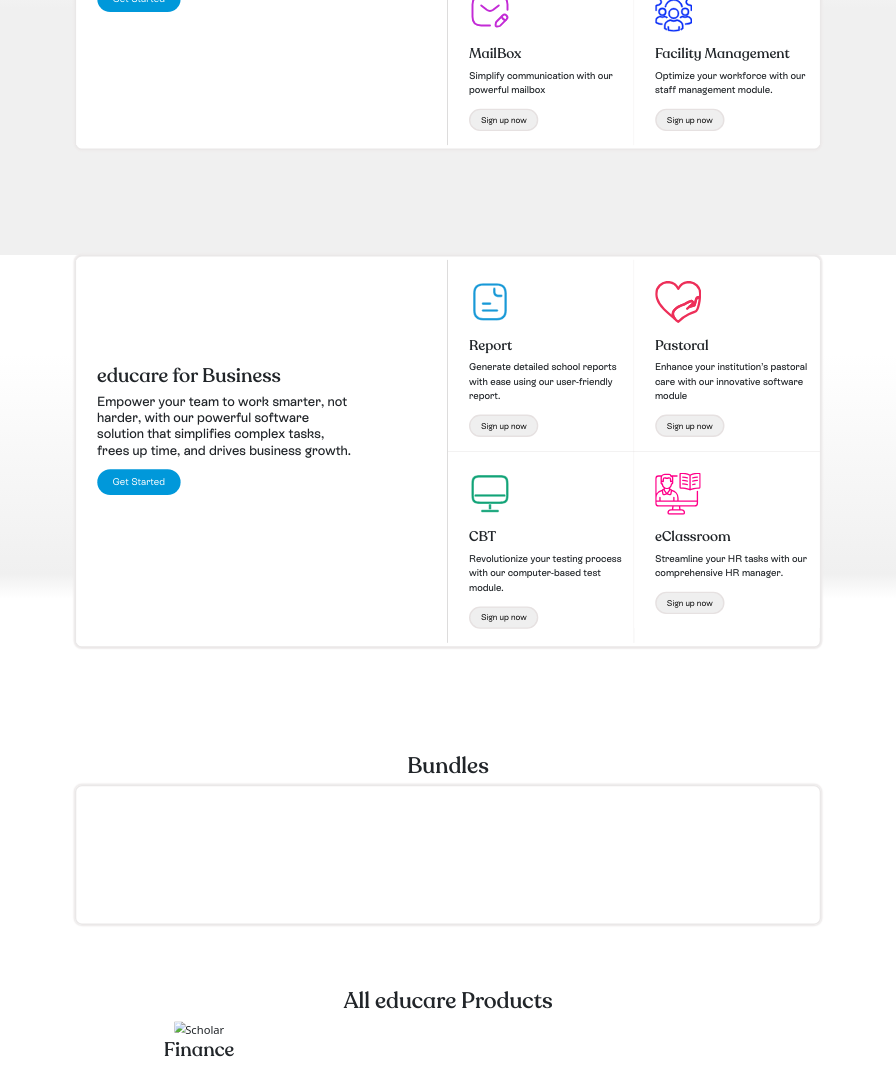
Repository: sarahnnanyelugo/educare-web
Page: /
These files come from the project's save history. The page is drawn as it stood at one moment and after the next save; the edit follows.
The browser window is 1280 px wide. The pictures show the part of the page from y = 1525 to 3445 px (the page is 3059 px tall before and 3445 px after), at 70% of full size.
The project was rebuilt for these pictures with package versions that can differ from the ones it lists, and the page was loaded fresh each time.

Above is the page before, as saved 2023-04-05 10:08:32.

### src/App.jsx
import React from "react";
import logo from "./logo.svg";
import "./App.scss";
import "bootstrap/dist/css/bootstrap.min.css";
import { BrowserRouter, Routes, Route, Link, Outlet } from "react-router-dom";
import NavBar from "./components/NavBar/NavBar";
import { Home } from "./pages/Home/Home";

function App() {
  return (
    <>
      {" "}
      <NavBar />
      <Routes>
        <Route path="/" element={<Home />} />
      </Routes>
    </>
  );
}

export default App;

### src/App.scss
@font-face {
  font-family: rebondG;
  src: url(./assets/fonts/Rebond_font/RebondG.otf);
}
@font-face {
  font-family: rebondG-Bold;
  src: url(./assets/fonts/Rebond_font/RebondG-Bold.otf);
}
@font-face {
  font-family: rebondG-Medium;
  src: url(./assets/fonts/Rebond_font/RebondGrotesqueMedium.otf);
}

@font-face {
  font-family: recoMedium;
  src: url(./assets/fonts/Recoleto-font/RecoletaAlt-Medium.ttf);
}

h1,
h2,
h3,
h4,
h5,
h6 {
  font-family: recoMedium;
}
p {
  font-family: rebondG-Medium;
}
@media screen and (min-width: 620px) {
  .flexy {
    display: flex;
  }
}

### src/components/NavBar/NavBar.tsx
import React from "react";
import Logo from "../../assets/images/educare-logo.png";
import { Link, NavLink } from "react-router-dom";
import "./_navbar.scss";

function NavBar() {
  return (
    <div className="navbar-container">
      <div className="logo-holder  ">
        {" "}
        <Link to={"/"}>
          {" "}
          <img className="   logo" src={Logo} alt="Scholar" />
        </Link>
      </div>
      <ul className=" list-inline list-unstyled nav-links-container">
        <li className="list-inline-item">
          <NavLink to={""} className="nav-links">
            Solutions{" "}
            <span>
              <i className="icofont-curved-down"></i>
            </span>
          </NavLink>
        </li>{" "}
        <li className="list-inline-item">
          <NavLink to={""} className="nav-links">
            Resources
          </NavLink>
        </li>{" "}
        <li className="list-inline-item">
          <NavLink to={""} className="nav-links">
            Pricing
          </NavLink>
        </li>{" "}
        <li className="list-inline-item">
          <NavLink to={""} className="nav-links">
            Support
          </NavLink>
        </li>
      </ul>
      <div className="nav-buttons">
        <button className="sign-in-button">Log in</button>
        <button className="get-started-button">Get Started</button>
      </div>
    </div>
  );
}

export default NavBar;

### src/pages/Home/Home.tsx
import React from "react";
import { RandomComponent } from "./RandomComponent/RandomComponent";
import "./_home.scss";
import RedIcon from "../../assets/images/red-dots.svg";
import BlueIcon from "../../assets/images/blue-dots.svg";
import YellowIcon from "../../assets/images/yellow-dots.svg";
import HalfCircle from "../../assets/images/half-circle.svg";
import People from "../../assets/images/people.svg";
import Mail from "../../assets/images/edit.svg";
import People2 from "../../assets/images/people2.svg";
import Pastoral from "../../assets/images/pastoral.svg";
import Chart from "../../assets/images/chart.svg";
import Screen from "../../assets/images/screen.svg";
import Classroom from "../../assets/images/read-book.svg";
import Features from "./Features/Features";
import EducareProducts from "./EducareProducts/EducareProducts";

export const Home = () => {
  return (
    <>
      <div className="col-md-12 modern-solutions-container">
        <center>
          <div className="col-md-6">
            <h1>Modern solution for your Business</h1>
            <p>
              Unlock Your Business’s Potential with Cutting-Edge Software
              Solutions Designed to Streamline Operations, Optimize Performance,
              and Drive Growth.
            </p>
            <button className="gs-button">Get started</button>
            <button className="request-button">Request for a demo</button>
          </div>
        </center>
      </div>
      <div className="col-md-12 actions-container">
        <div className="col-md-4">
          <div className="col-md-9">
            {" "}
            <RandomComponent
              title="Pick your tools"
              icon={RedIcon}
              paragraph=" Unlock Your Business Potential with Cutting-Edge Software  Solutions Designed to Streamline"
            />
          </div>
        </div>
        <div className="col-md-4">
          <div className="col-md-9">
            {" "}
            <RandomComponent
              title="work smart not hard"
              icon={YellowIcon}
              paragraph="Choose from our wide range of tools and select the ones that best fit Your business’s unique needs and goals.”"
            />
          </div>
        </div>
        <div className="col-md-4">
          <div className="col-md-9">
            {" "}
            <RandomComponent
              title="We’ve got your back"
              icon={BlueIcon}
              paragraph="You can count on our support and expertise every step of the way, so you can focus on your business’s growth and success."
            />
          </div>
        </div>
      </div>
      <div className="features-heading">
        <center>
          <h1>Featured Products</h1>
        </center>
      </div>
      <div
        className="col-md-12  flexy features-holder"
        style={{ paddingBottom: "150px" }}
      >
        <div className="col-md-1">&nbsp;</div>
        <div className="col-md-10  features-container flexy">
          <div className="col-md-6 first-container">
            <h3>educare for Business</h3>
            <p>
              Empower your team to work smarter, not harder, with our powerful
              software solution that simplifies complex tasks, frees up time,
              and drives business growth.
            </p>
            <button>Get Started</button>
          </div>
          <div className="col-md-6">
            <div className="col-md-12 flexy">
              {" "}
              <div className="col-md-6 right-features">
                <Features
                  feature="Finance"
                  detail="The one and only accounting and payroll solution your business will ever need"
                  icon={HalfCircle}
                />{" "}
              </div>{" "}
              <div className="col-md-6">
                <Features
                  feature="HR Manager"
                  detail="The one and only accounting and payroll solution your business will ever need"
                  icon={People2}
                />{" "}
              </div>
            </div>
            <div className="col-md-12 flexy second-grid">
              {" "}
              <div className="col-md-6 right-features">
                <Features
                  feature="MailBox"
                  detail="Simplify communication with our powerful mailbox"
                  icon={Mail}
                />{" "}
              </div>{" "}
              <div className="col-md-6">
                <Features
                  feature="Facility Management"
                  detail="Optimize your workforce with our staff management module."
                  icon={People}
                />{" "}
              </div>
            </div>
          </div>
        </div>
      </div>{" "}
      <div className="col-md-12  flexy features-holder2">
        <div className="col-md-1">&nbsp;</div>
        <div className="col-md-10  features-container flexy ">
          <div className="col-md-6 first-container">
            <h3>educare for Business</h3>
            <p>
              Empower your team to work smarter, not harder, with our powerful
              software solution that simplifies complex tasks, frees up time,
              and drives business growth.
            </p>
            <button>Get Started</button>
          </div>
          <div className="col-md-6">
            <div className="col-md-12 flexy">
              {" "}
              <div className="col-md-6 right-features">
                <Features
                  feature="Report"
                  detail="Generate detailed school reports with ease using our user-friendly report."
                  icon={Chart}
                />{" "}
              </div>{" "}
              <div className="col-md-6">
                <Features
                  feature="Pastoral"
                  detail="Enhance your institution’s pastoral care with our innovative software module"
                  icon={Pastoral}
                />{" "}
              </div>
            </div>
            <div className="col-md-12 flexy second-grid">
              {" "}
              <div className="col-md-6 right-features">
                <Features
                  feature="CBT"
                  detail="Revolutionize your testing process with our computer-based test module."
                  icon={Screen}
                />{" "}
              </div>{" "}
              <div className="col-md-6">
                <Features
                  feature="eClassroom"
                  detail="Streamline your HR tasks with our comprehensive HR manager."
                  icon={Classroom}
                />{" "}
              </div>
            </div>
          </div>
        </div>
      </div>
      <center className="mt">
        <h2>Bundles</h2>
      </center>
      <div className="col-md-12 bundles-container flexy">
        <div className="col-md-1">&nbsp;</div>
        <div className="col-md-10 bundles"></div>
      </div>
      <center className="mt9">
        <h2>All educare Products</h2>
      </center>
      <div className="col-md-12 flexy">
        <div className="col-md-1">&nbsp;</div>
        <div className="col-md-10  flexy">
          <div className="col-md-4 first-product-column">
            <EducareProducts productName="Finance" productDetail="" />
          </div>
        </div>
      </div>
    </>
  );
};

### src/components/NavBar/_navbar.scss
@import "../../variables";
@import "../../shared-styles";

.navbar-container {
  background: inherit;
  padding: 5px 80px;
  display: flex;

  .logo-holder {
    flex-grow: 1;
  }
  .nav-links-container {
    flex-grow: 1;
    margin-top: 20px;
    .nav-links {
      margin: 20px;
      color: #6f6f71;
      text-decoration: none;
      font-family: rebondG-Bold;
    }
    li {
      padding: 3px 0px;
      border-radius: 35px;
      transition: 0.5s ease;
      &:hover {
        background: rgb(224, 222, 222) !important;

        border: solid 1px grey;
      }
    }
  }
  .nav-buttons {
    .get-started-button {
      @include get-started-button;
      margin-left: 10px;
      margin-top: 20px;
    }
    .sign-in-button {
      @include login-or-signup-button;
      margin-top: 20px;
    }
  }
}

### src/pages/Home/RandomComponent/RandomComponent.tsx
import React from "react";
import "./_random-component.scss";
export interface RandomComponentProps {
  title: string;
  paragraph: string;
  icon: string;
}
export const RandomComponent = (props: RandomComponentProps) => {
  return (
    <div className="col-md-12 random-container">
      <div className="heading">
        {" "}
        <img className="" src={props.icon} alt="Scholar" width="100%" />
        <h3>{props.title}</h3>
      </div>
      <p>{props.paragraph}</p>
    </div>
  );
};

### src/pages/Home/_home.scss
@import "../../variables";
@import "../../shared-styles";

.modern-solutions-container {
  padding-top: 80px;
  padding-bottom: 150px;
  background: rgb(240, 240, 240);
  background: linear-gradient(
    0deg,
    rgba(240, 240, 240, 1) 51%,
    rgba(255, 255, 255, 1) 67%
  );

  h1 {
    font-family: recoMedium;
  }
  p {
    font-family: rebondG-Medium;
    font-size: 20px;
    margin-top: 15px;
  }
  .gs-button {
    @include get-started-button;
  }
  .request-button {
    @include login-or-signup-button;
    margin-left: 5px;
  }
}
.actions-container {
  background: $lightblue;
  height: fit-content;
  display: flex;
  padding: 80px 100px;
}
.features-heading {
  margin-top: 170px;
  margin-bottom: 90px;
}
.features-container {
  border: solid 2px rgb(234, 232, 232);
  box-shadow: 0 0 2px 2px rgb(238, 235, 235);
  border-radius: 10px !important;
  height: fit-content;
  // margin-top: 20px;
  padding-bottom: 5px;
  padding-top: 5px;
  background: #fff;
  .first-container {
    padding-right: 130px;
    background: #fff;
    padding-left: 30px;
    border-right: solid 1px rgb(206, 205, 205);
    h3 {
      margin-top: 150px;
    }
    p {
      font-size: 19px;
      line-height: 23px;
    }
    button {
      @include get-started-button;
      margin-bottom: 120px;
    }
  }
  .second-grid {
    border-top: solid 1px rgb(231, 228, 228);
    // box-shadow: 0 0 1px 1px rgb(238, 235, 235);
  }
  .right-features {
    // box-shadow: 0 0 1px 1px rgb(238, 235, 235);
    border-right: solid 1px rgb(231, 228, 228);
  }
}
.features-holder {
  background: rgb(240, 240, 240);
  background: linear-gradient(
    0deg,
    rgba(240, 240, 240, 1) 51%,
    rgba(255, 255, 255, 1) 67%
  );
}
.features-holder2 {
  background: rgb(255, 255, 255);
  background: linear-gradient(
    0deg,
    rgba(255, 255, 255, 1) 31%,
    rgba(240, 240, 240, 1) 36%,
    rgba(255, 255, 255, 1) 80%
  );
  padding-bottom: 150px;
}
.bundles {
  border: solid 2px rgb(234, 232, 232);
  box-shadow: 0 0 2px 2px rgb(238, 235, 235);
  border-radius: 10px !important;
  height: 200px;
  // margin-top: 20px;
  padding-bottom: 5px;
  padding-top: 5px;
}

### src/pages/Home/Features/Features.tsx
import React from "react";
import "./_features.scss";
export interface featuresProps {
  feature: string;
  detail: string;
  icon: string;
}
export const Features = (props: featuresProps) => {
  return (
    <>
      <div className="col-md-12 features">
        <img className="" src={props.icon} alt="Scholar" />
        <h5>{props.feature}</h5>
        <p>{props.detail}</p>
        <button>Sign up now</button>
      </div>
    </>
  );
};

export default Features;

### src/pages/Home/EducareProducts/EducareProducts.tsx
import React from "react";
export interface ProductComponentProps {
  productName: string;
  productDetail: string;
  productIcon: string;
}
export const EducareProducts = (props: ProductComponentProps) => {
  return (
    <>
      <div className="col-md-12">
        <center>
          <img
            className=""
            src={props.productIcon}
            alt="Scholar"
            width="100%"
          />
          <h3>{props.productName}</h3>
          <p>{props.productDetail}</p>
        </center>
      </div>
    </>
  );
};

export default EducareProducts;

### src/_variables.scss
$blue: #0098da;
$lightblue: #e1f2fa;

@mixin get-started-button {
  background-color: $blue;
  color: #fff;
  border-radius: 35px;
  border: none;
  padding: 8px 22px;
  font-size: 14px;
  font-family: rebondG;
  &:hover {
    background: #005b83;
    transition: 0.5s ease;
  }
}
@mixin login-or-signup-button {
  baclground: #fff;
  color: black;
  border-radius: 20px;
  padding: 5px 15px;
  font-size: 12px;
  border: none;
  border: solid 2px rgb(230, 225, 225);
  font-family: rebondG;
  &:hover {
    background: grey;
    transition: 0.5s ease;
  }
}

### src/_shared-styles.scss
.mt1 {
  margin-top: 10px;
}
.mt2 {
  margin-top: 20px;
}
.mt3 {
  margin-top: 30px;
}
.mt4 {
  margin-top: 40px;
}
.mt5 {
  margin-top: 50px;
}
.mt6 {
  margin-top: 60px;
}
.mt7 {
  margin-top: 70px;
}
.mt8 {
  margin-top: 80px;
}
.mt9 {
  margin-top: 90px;
}

### src/pages/Home/RandomComponent/_random-component.scss
.random-container {
  img {
    width: 20px;
    // margin-right: 10px;
  }
  .heading {
    display: flex;
    h3 {
      font-family: recoMedium;
      margin-left: 10px;
    }
  }
  p {
    font-family: rebondG-Medium;
    margin-left: 30px;
    font-size: 17px;
  }
}

### src/pages/Home/Features/_features.scss
@import "../../../variables";
@import "../../../shared-styles";

.features {
  padding-left: 30px;
  height: fit-content;
  padding-bottom: 20px;
  background: #fff;
  img {
    height: 60px;
    margin-left: 0 !important;
    margin-top: 30px;
    margin-bottom: 20px;
  }
  button {
    @include login-or-signup-button;
    // margin-bottom: 50px;
  }
  p {
    font-size: 14px;
  }
}

Loaded but not shown: public/index.html (common file); src/index.tsx (common file); src/index.css (common file); src/reportWebVitals.ts (common file)

After the next save:
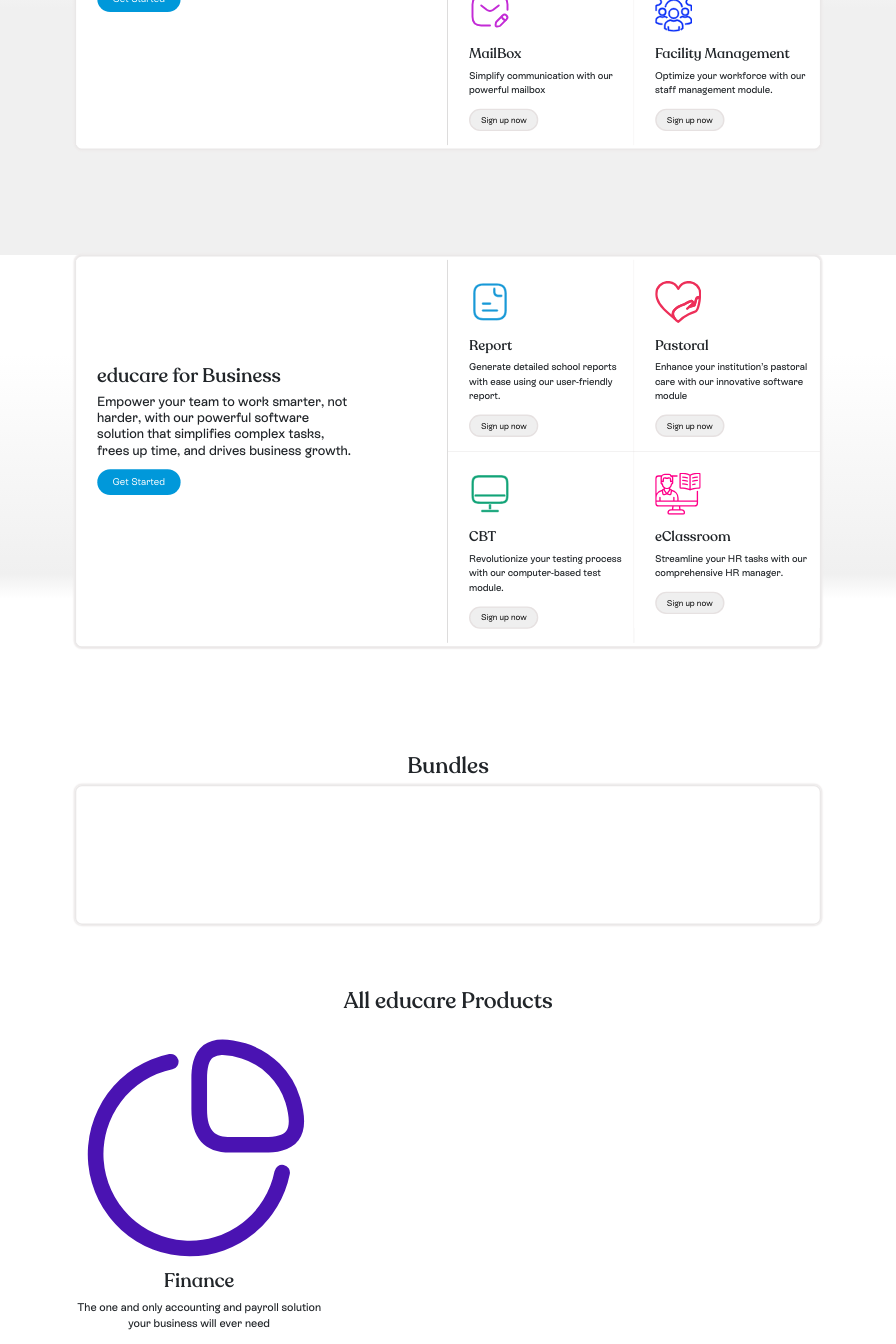
Saved 59 s later.
--- a/src/pages/Home/Home.tsx
+++ b/src/pages/Home/Home.tsx
@@ -186,7 +186,11 @@ export const Home = () => {
         <div className="col-md-1">&nbsp;</div>
         <div className="col-md-10  flexy">
           <div className="col-md-4 first-product-column">
-            <EducareProducts productName="Finance" productDetail="" />
+            <EducareProducts
+              productName="Finance"
+              productDetail="The one and only accounting and payroll solution your business will ever need"
+              productIcon={HalfCircle}
+            />
           </div>
         </div>
       </div>
